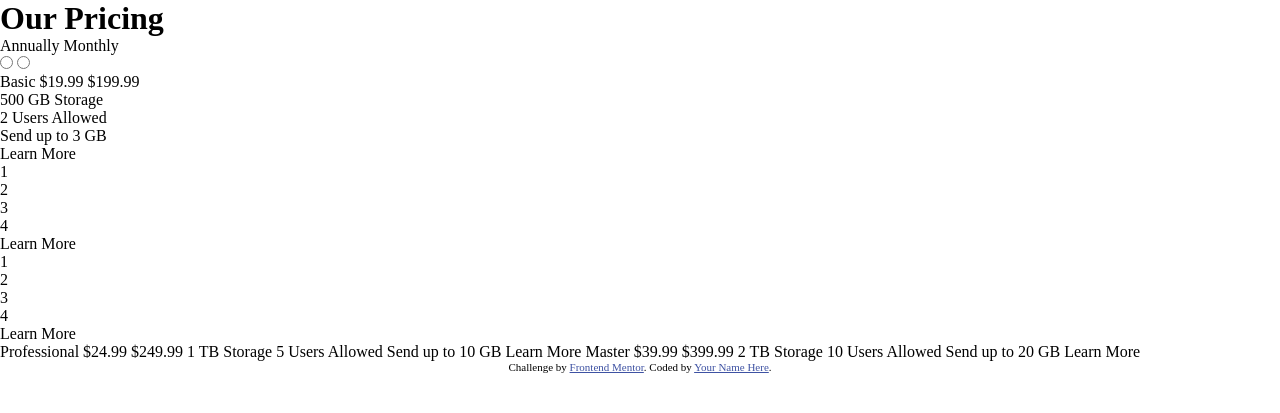
Repository: JuzzJoel/pricing-component-with-toggle-master
Page: index.html
These files come from the project's save history. The page is drawn as it stood at one moment and after a run of saves; the edit follows.
The browser window is 1280 px wide. The pictures show the whole page.

Above is the page before, as saved 2025-05-24 07:50:05.

After the next 2 saves:
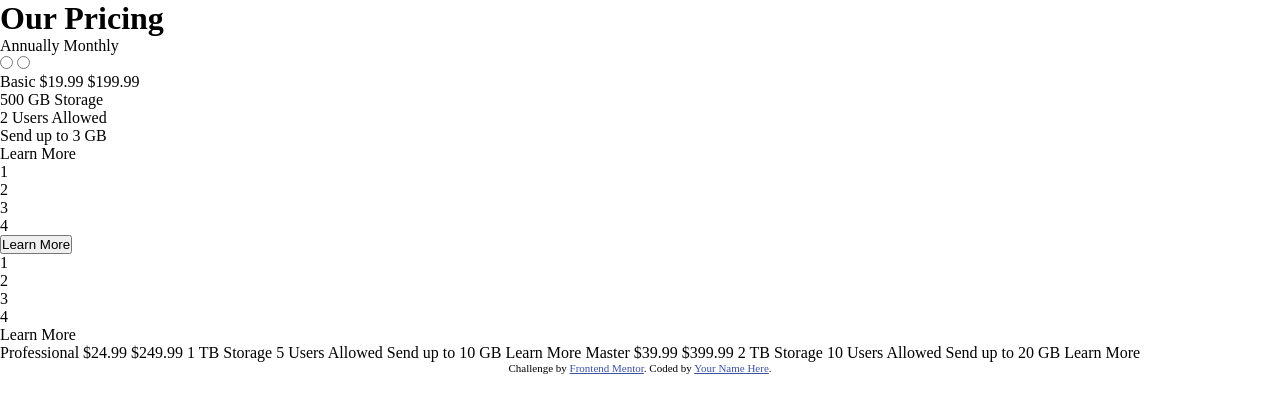
The 2 saves are shown as one change because they came seconds apart.
The last was saved 7 s later.
--- a/index.html
+++ b/index.html
@@ -73,7 +73,7 @@
             <div class="rows">2</div>
             <div class="rows">3</div>
             <div class="rows">4</div>
-            <div class="rows">Learn More</div>
+            <div class="rows"><button>Learn More</button></div>
           </div>
           <div class="card">
             <div class="rowshead">1</div>
